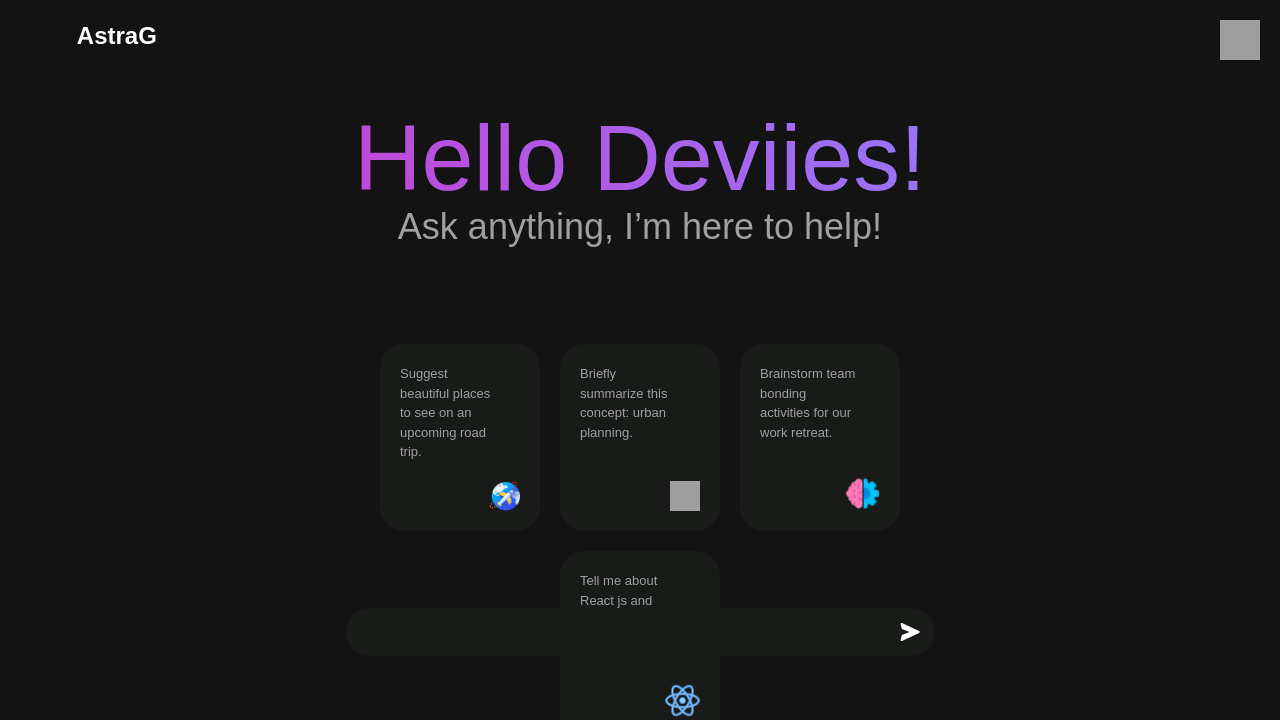
Repository: S-o-b-u/AstraGen1
Page: /
These files come from the project's save history. The page is drawn as it stood at one moment and after a run of saves; the edit follows.
The browser window is 1280 px wide. The pictures show the whole page.
Pictures or frames that could not be fetched are drawn as grey boxes. The project was rebuilt for these pictures with package versions that can differ from the ones it lists, and the page was loaded fresh each time. Also part of the build but not shown: vite.config.js, src/components/Loader/Loader.jsx, src/components/Sidebar/SIdebar.jsx.

Above is the page before, as saved 2024-11-14 01:30:43.

### index.html
<!doctype html>
<html lang="en">
  <head>
    <meta charset="UTF-8" />
    <link rel="icon" type="image/svg+xml" href="./icons/logo.png" />
    <meta name="viewport" content="width=device-width, initial-scale=1.0" />
    <title>Astra</title>
  </head>
  <body>
    <div id="root"></div>
    <script type="module" src="/src/main.jsx"></script>
  </body>
</html>

### src/main.jsx
import { createRoot } from "react-dom/client";
import "./index.css";
import App from "./App.jsx";
import ContextProvider from "./context/Context.jsx";

createRoot(document.getElementById("root")).render(
  <ContextProvider>
    <App />
  </ContextProvider>
);

### src/index.css
@tailwind base;
@tailwind components;
@tailwind utilities;
@import url('https://fonts.googleapis.com/css2?family=Outfit:wght@100..900&family=Poppins:ital,wght@0,100;0,200;0,300;0,400;0,500;0,600;0,700;0,800;0,900;1,100;1,200;1,300;1,400;1,500;1,600;1,700;1,800;1,900&display=swap');
*{
    padding: 0;
    margin: 0;
    box-sizing: border-box;
    font-family: "Outfit", sans-serif;
}
#root{
    width: 100%;
    height: 100vh;
    background-color: #131313;
}

### src/App.jsx
import { useState } from 'react'
import reactLogo from './assets/react.svg'
import viteLogo from '/vite.svg'
import Main from './components/Main/Main'
import Sidebar from './components/Sidebar/SIdebar'

function App() {

  return (
    <>
<div className='h-[100vh] w-[100%] overflow-hidden '>
{/* <Sidebar/> */}
<Main/>
</div>
    </>
  )
}

export default App

### src/context/Context.jsx
import React, { createContext, useState } from "react";
import run from "../config/gemini";

export const Context = createContext();

const ContextProvider = (props) => {
const newChat = ()=>{
  setLoading(false);
  setShowResult(false)
}


  const onSent = async (prompt) => {
    setResultData("");
    setLoading(true);
    setShowResult(true);
    setInput("");

    let response;
    if (prompt !== undefined) {
      setRecentPrompt(prompt)
      response = await run(prompt)
    }else{
      setPrevPrompt(prev => [...prev, Input])
      setRecentPrompt(Input);
      response = await run(Input)

    }



    const formattedResponse = response
      .replace(/## (.*)/g, "<h2>$1</h2>")
      .replace(/\*\*(.+?)\*\*/g, "<b>$1</b>")
      .replace(/\n\n/g, "<p></p>")
      .replace(/\n/g, "<br />")
      .replace(/\*/g, ">");
    console.log(formattedResponse);
    let newResponseArray = formattedResponse.split(" ");
    let delay = 0;
    newResponseArray.forEach((word, index) => {
      setTimeout(() => {
        setResultData((prev) => prev + word + " ");
      }, delay);
      delay += 75;
    });

    setLoading(false);
  };
  const [Input, setInput] = useState("");
  const [RecentPrompt, setRecentPrompt] = useState("");
  const [PrevPrompt, setPrevPrompt] = useState([]);
  const [ShowResult, setShowResult] = useState(false);
  const [Loading, setLoading] = useState(false);
  const [ResultData, setResultData] = useState("");

  const contextValue = {
    Input,
    setInput,
    RecentPrompt,
    setRecentPrompt,
    PrevPrompt,
    setPrevPrompt,
    ShowResult,
    Loading,
    ResultData,
    onSent,
    newChat
  };
  return (
    <Context.Provider value={contextValue}>{props.children}</Context.Provider>
  );
};
export default ContextProvider;

### src/components/Main/Main.jsx
import { useContext } from "react";
import "./Main.css";
import { Context } from "../../context/Context";
import MyLoader from "../Loader/Loader";
const Main = () => {

  const {
    Input,
    setInput,
    RecentPrompt,
    setRecentPrompt,
    PrevPrompt,
    setPrevPrompt,
    ShowResult,
    Loading,
    setResultData,
    ResultData,
    onSent,
  } = useContext(Context);
  const handleKeyDown = (event)=>{
    if (event.key == "Enter") {
      onSent();
    }
  }
  const loadPrompt = (prompt) => {
    setInput(prompt);
  };
  return (
    <>
     <div className="relative w-[100%] h-[100vh] overflow-hidden">
     <div className="relative px-5 py-5">
        <nav className=" flex justify-between ">
          <h1 className="absolute text-white left-16  lg:left-[6vw] text-2xl font-semibold">
            AstraG
          </h1>
          <img
            className=" absolute right-5 w-[40px] h-[40px]"
            src=".\icons\cat.png"
            alt="user"
          />
        </nav>
      </div>

      {!ShowResult ? (
        <>
          <div className="greet-cards relative h-32 text-center top-12 lg;top-20 ">
            <div className=" relative flex justify-center">
            <p className="text-[7vh] absolute lg:text-[13vh]">
              <span>Hello Deviies!</span>
            </p>
            <p className="text-[2.5vh] lg:text-[5vh] absolute mt-16 lg:mt-28 ">
            Ask anything, I’m here to help!{" "}
            </p>
            </div>
            <div className="cards justify-center lg:absolute lg:left-[50%] lg:-translate-x-[50%] text-white mt-28 lg:mt-64 flex flex-wrap gap-2 lg:gap-5 ">
              <div onClick={()=>loadPrompt("Suggest beautiful places to see on an upcoming road trip.")} className="card relative transition-all text-start ease-in-out duration-300 bg-[#181B18] hover:bg-[#161816] p-5 lg:w-40 lg:h-[26vh] rounded-3xl ">
                <p className="text-[13px] w-24">
                  Suggest beautiful places to see on an upcoming road trip.
                </p>
                <img
                  className="w-[30px] h-[30px] absolute  bottom-5 right-5 opacity-0 lg:opacity-100"
                  src=".\icons\airplane.png"
                  alt=""
                />
              </div>
              <div onClick={()=>loadPrompt("Briefly summarize this concept: urban planning.")} className="card relative transition-all text-start ease-in-out duration-300 bg-[#181B18] hover:bg-[#161816] p-5 lg:w-40 lg:h-[26vh] rounded-3xl">
                <p className="text-[13px] w-24">
                  Briefly summarize this concept: urban planning.
                </p>
                <img
                  className="w-[30px] h-[30px] absolute  bottom-5 right-5 opacity-0 lg:opacity-100"
                  src=".\icons\urban.png"
                  alt=""
                />
              </div>
              <div onClick={()=>loadPrompt("Brainstorm team bonding activities for our work retreat.")} className="card relative transition-all text-start ease-in-out duration-300 bg-[#181B18] hover:bg-[#161816] p-5 lg:w-40 lg:h-[26vh] rounded-3xl">
                <p className="text-[13px] w-24">
                  Brainstorm team bonding activities for our work retreat.
                </p>
                <img
                  className="w-[35px] h-[35px] absolute  bottom-5 right-5 opacity-0 lg:opacity-100"
                  src=".\icons\brain.png"
                  alt=""
                />
              </div>
              <div onClick={()=>loadPrompt("Tell me about React js and React native.")} className="card relative transition-all text-start ease-in-out duration-300 bg-[#181B18] hover:bg-[#161816] p-5 lg:w-40 lg:h-[26vh] rounded-3xl">
                <p className="text-[13px] w-24">
                  Tell me about React js and React native.
                </p>
                <img
                  className="w-[35px] h-[35px] absolute  bottom-5 right-5 opacity-0 lg:opacity-100"
                  src=".\icons\react.png"
                  alt=""
                />
              </div>
            </div>
          </div>


        </>
      ) : (
        <>
          <div className="result w-100% h-[71vh] overflow-auto absolute px-72 py-2 top-24  flex flex-col gap-4  text-white">
            <div className="user flex gap-3 items-center">
              <img
                className="w-[30px] h-[30px]"
                src=".\icons\cat.png"
                alt="user"
              />
              <p>{RecentPrompt}</p>
            </div>
            <div className="result-data  ml-1   flex gap-2">
              <img  className="w-[30px] h-[30px]"
                src=".\icons\chai-tea.png"
                alt="user" />
                {Loading? <MyLoader/>
                :
              <p className=" mt-1" dangerouslySetInnerHTML={{ __html: ResultData }} />
            }
            </div>
          </div>
        </>
      )}
      <div className="prompt flex gap-5 absolute bg-[#181B18] left-[50%] -translate-x-[50%] bottom-32 lg:bottom-16 w-[90%] lg:w-[46vw] rounded-full p-3">
        <input
          onChange={(e) => setInput(e.target.value)}
          onKeyDown={handleKeyDown}
          value={Input}
          className="w-[90%] text-white ml-3 border-none outline-none bg-transparent"
          type="text"
          placeholder=""
        />

        <button onClick={() => onSent()}>
          <img src=".\icons\send.svg" alt="" />
        </button>
      </div>
     </div>
    </>
  );
};

export default Main;

### src/config/gemini.js
import {
  GoogleGenerativeAI,
  HarmCategory,
  HarmBlockThreshold,
} from "@google/generative-ai";

const genAI = new GoogleGenerativeAI("AIzaSyAHY2uC3JZMNVIONYYos892Is-U_CMPQJ0");

const model = genAI.getGenerativeModel({ model: "gemini-1.5-flash" });

const generationConfig = {
  temperature: 1,
  topP: 0.95,
  topK: 40,
  maxOutputTokens: 8192,
  responseMimeType: "text/plain",
};

async function run(prompt) {
  const chatSession = model.startChat({
    generationConfig,
    history: [],
  });

  const result = await chatSession.sendMessage(prompt);
  const response = result.response;
  console.log(response.text());
  return response.text();
}

export default run;

### src/components/Main/Main.css
.greet-cards p{
    color: #9fa0a0;
}
.greet-cards span{
 background: -webkit-linear-gradient(16deg, #be4bdb 5%, #9775fa);
 -webkit-background-clip: text;
 -webkit-text-fill-color: transparent;
}
.result::-webkit-scrollbar{
    display: none;

}
.result-data p{
    line-height: 2.5;
    width: 90%;
}
.result-data p b{
   color: #67dfff;
}
.result-data p h2{
   color: 	#b581fe;
}

Loaded but not shown: tailwind.config.js (common file)

After the next 3 saves:
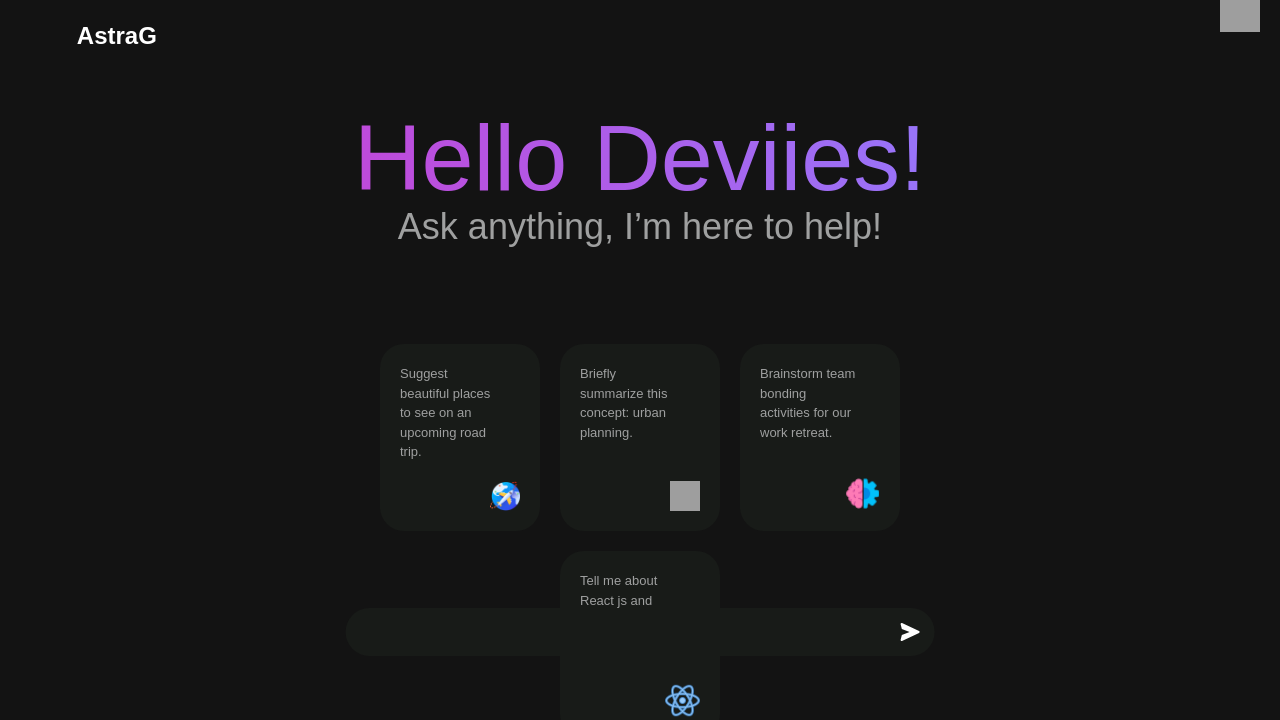
The 3 saves are shown as one change because they came seconds apart.
The last was saved 22 s later.
--- a/src/components/Main/Main.jsx
+++ b/src/components/Main/Main.jsx
@@ -34,7 +34,7 @@ const Main = () => {
             AstraG
           </h1>
           <img
-            className=" absolute right-5 w-[40px] h-[40px]"
+            className=" absolute right-5 bottom-2 w-[40px] h-[40px]"
             src=".\icons\cat.png"
             alt="user"
           />
